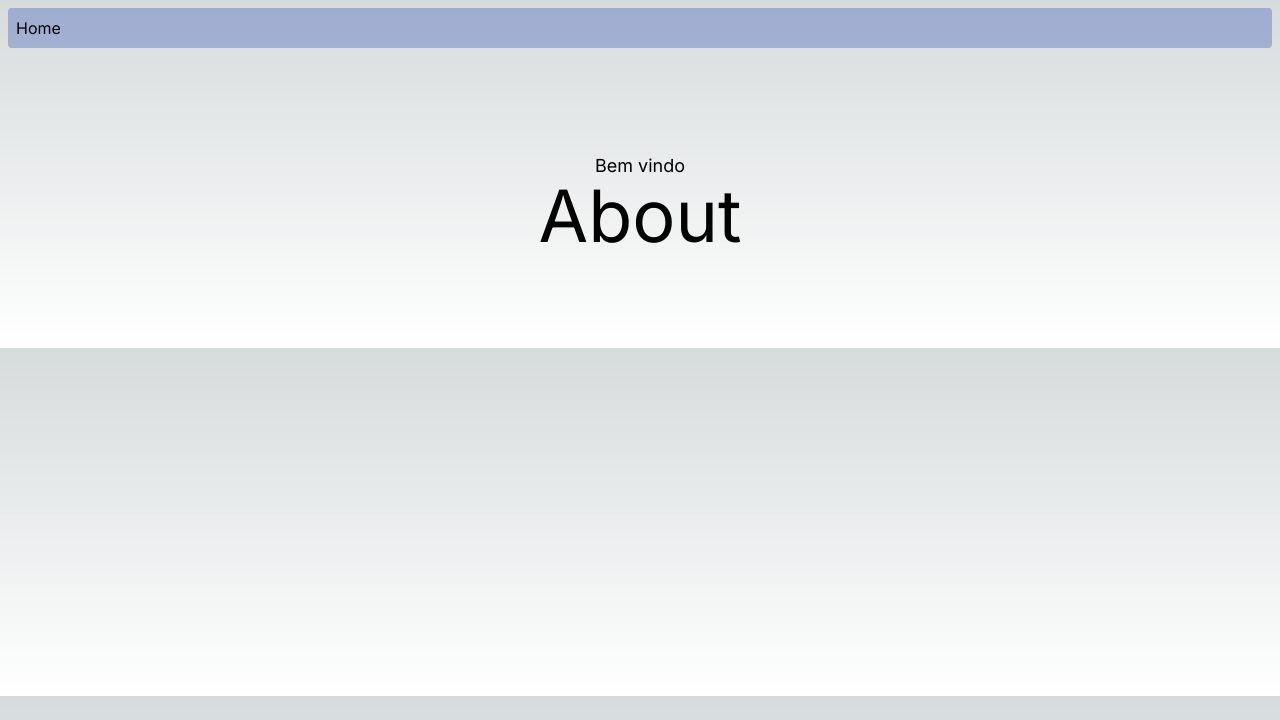
Repository: wellingtondevops/01-first-steps
Page: /about
The author's editor kept a copy of each file at every save. The page is drawn from the files as they stood at one save, then again after the next save.
The browser window is 1280 px wide. The pictures show the whole page.
The project was rebuilt for these pictures with package versions that can differ from the ones it lists, and the page was loaded fresh each time. The framework's server and built-in components were replaced by stand-ins that run in the browser. Also part of the build but not shown: next.config.js.

Above is the page before, as saved 2025-07-12 17:15:33.

After the next save:
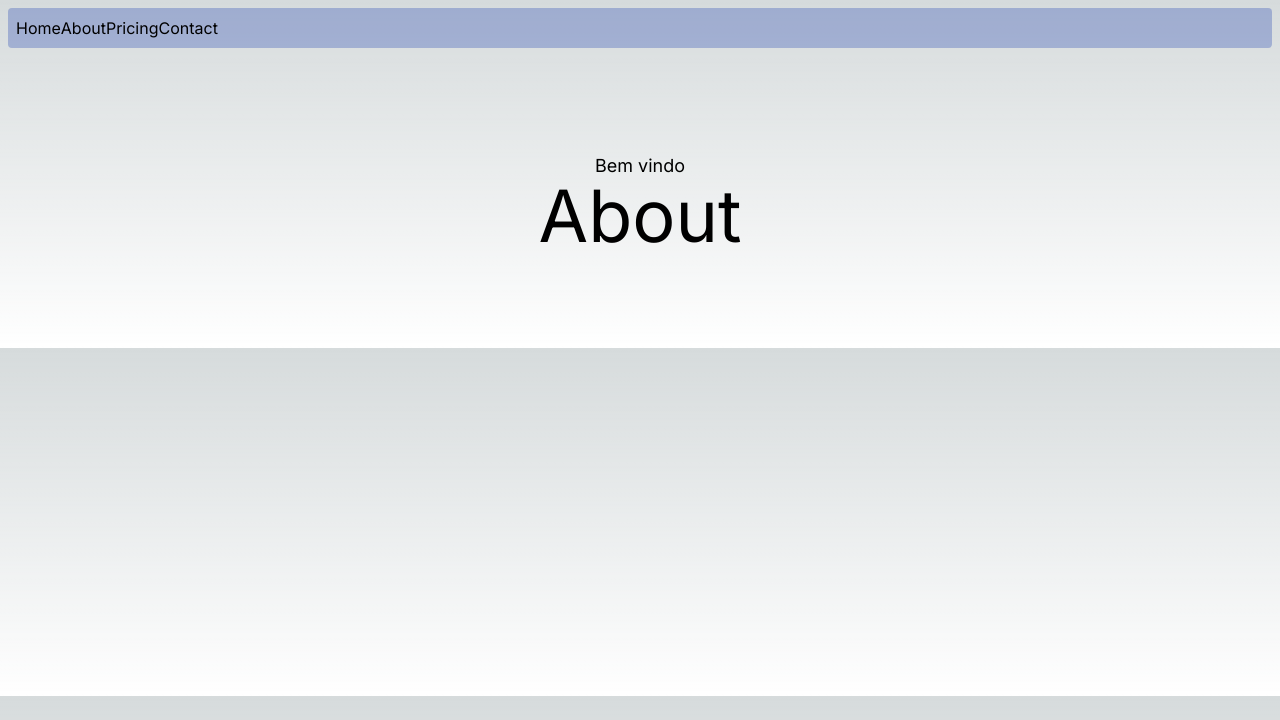
Saved 59 s later.
--- a/components/navbar/Navbar.tsx
+++ b/components/navbar/Navbar.tsx
@@ -1,7 +1,11 @@
+
 export const Navbar = () => {
   return (
     <nav className="flex bg-blue-800 bg-opacity-30 p-2 m-2 rounded">
         <span>Home</span>
+        <a href="/about">About</a>
+        <a href="/pricing">Pricing</a>
+        <a href="/contact">Contact</a>
 
     </nav>
   )
